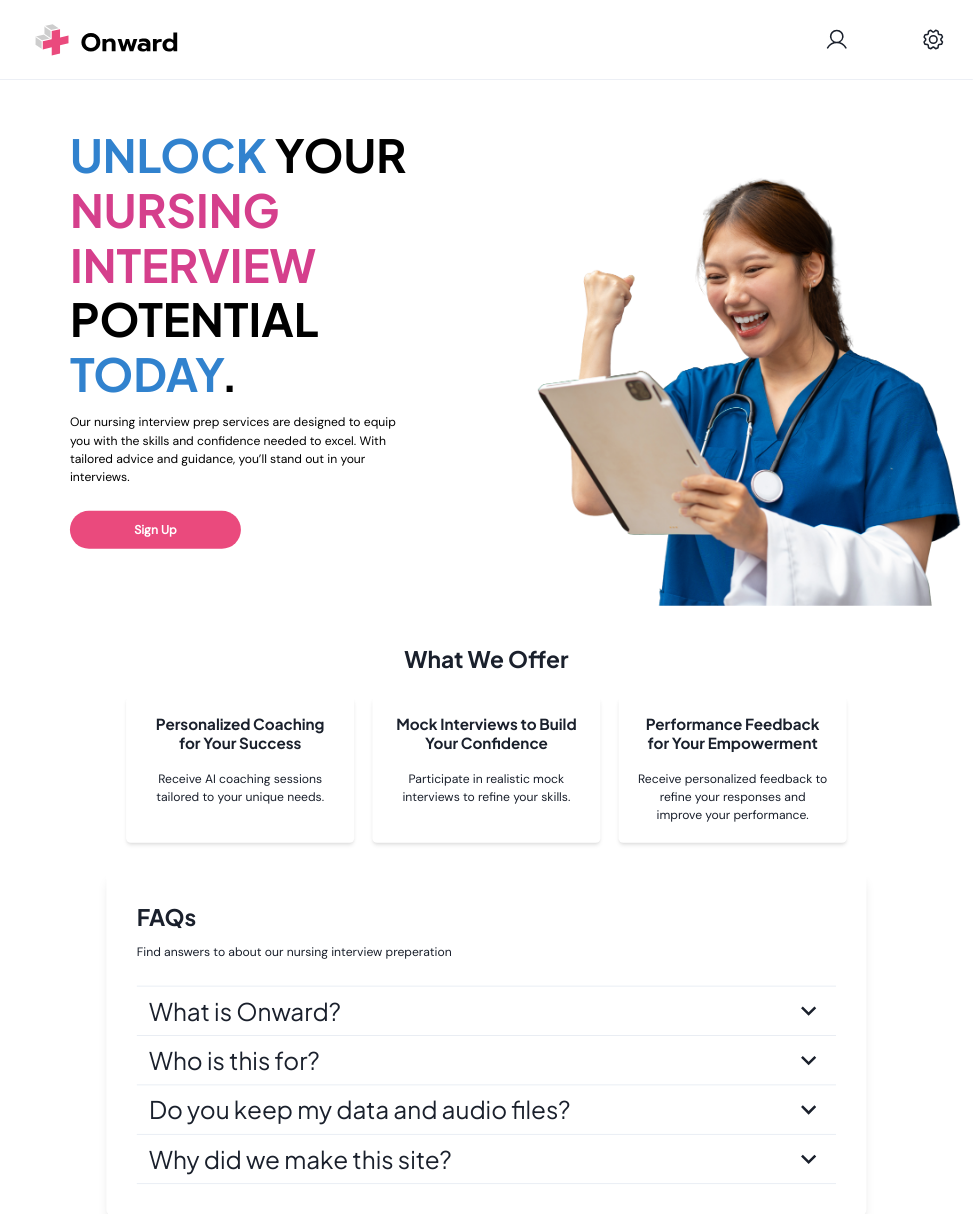
Repository: Aladdin3r/onward
Page: /landing-page
These files come from the project's save history. The page is drawn as it stood at one moment and after the next save; the edit follows.
The browser window is 1280 px wide. The pictures show the whole page, at 76% of full size.
The project was rebuilt for these pictures with package versions that can differ from the ones it lists, and the page was loaded fresh each time. The framework's server and built-in components were replaced by stand-ins that run in the browser. Also part of the build but not shown: next.config.mjs, styles/components/AppTopNav.js, styles/components/Layout.js.

Above is the page before, as saved 2024-10-29 02:41:20.

### pages/_app.js
import { ChakraProvider } from "@chakra-ui/react";
import theme from "@/styles/theme";

function MyApp({ Component, pageProps }) {
  return (
    <ChakraProvider theme={theme}>
      <Component {...pageProps} />
    </ChakraProvider>
  );
}

export default MyApp;

### pages/_document.js
import { Html, Head, Main, NextScript } from "next/document";

export default function Document() {
  return (
    <Html lang="en">
      <Head>
        <link
          href="https://fonts.googleapis.com/css2?family=DM+Sans:wght@400&family=Plus+Jakarta+Sans:wght@400;600;700&display=swap"
          rel="stylesheet"
        />
      </Head>
      <body>
        <Main />
        <NextScript />
      </body>
    </Html>
  );
}

### pages/landing-page.js
import {
    Box,
    Flex,
    Heading,
    Text,
    Stack,
    Button,
    Accordion,
    AccordionItem,
    AccordionButton,
    AccordionPanel,
    AccordionIcon,
    Image
} from "@chakra-ui/react";
import Layout from "@/styles/components/Layout";
import TopNav from "@/styles/components/TopNav";
import AppTopNav from "@/styles/components/AppTopNav";
import { useRouter } from 'next/router';

export default function Home() {
    const router = useRouter();

    // Button action function
    const handleSignUp = () => {
        router.push('/signup'); // Navigate to the sign-up page
    };

    return (
        <>
            {/* Hero Section */}
            <TopNav />

                <Flex //hero card
                    p={3}
                    width="100%"
                    mb={0}
                    flexDirection="row"
                    alignItems="center"
                    justifyContent="space-between"
                    gap="2rem"  // Adds a gap between text and image
                >

                    <Flex //left text
                        flexDirection="column" zIndex={1}
                        ml="20"
                    >
                        <Heading
                            fontFamily="heading"
                            fontSize="6xl"
                            fontWeight="bold"
                            width="88%"
                            mb={4}
                        >
                            <Text as="span" color="blue.500">UNLOCK </Text>
                            <Text as="span" color="black">YOUR </Text>
                            <Text as="span" color="pink.500">NURSING INTERVIEW </Text>
                            <Text as="span" color="black">POTENTIAL </Text>
                            <Text as="span" color="blue.500">TODAY</Text>
                            <Text as="span" color="black">. </Text>
                        </Heading>
                        <Text fontFamily="body" fontSize="x" color="black" mb={6} width="78%">
                            Our nursing interview prep services are designed to equip you with the skills and confidence needed to excel. With tailored advice and guidance, you’ll stand out in your interviews.
                        </Text>
                        <Button
                            mt="2"
                            bg="#EA4A7D"
                            color="#FFFFFF"
                            width="50%"
                            height="50px"
                            maxW="225px"
                            fontWeight="semibold"
                            fontSize="16px"
                            borderRadius="full"
                            px="6"
                            mb="6"
                        >
                            Sign Up
                        </Button>
                    </Flex>

                    <Box width="45%" flexShrink={0}>
                        <Image
                            src="/images/ipad-nurse.png"
                            alt="IPad Nurse"
                            width="100%"
                            height="auto"
                            objectFit="cover"


                        />
                    </Box>

                </Flex>



            {/* What We Offer Section */}
            <Box p={10} textAlign="center" >
                <Heading fontFamily="heading" fontSize="3xl" mb={8}>What We Offer</Heading>
                <Flex justify="center" gap={6}>
                    <Stack width="300px" borderRadius="md" boxShadow="md" p={6} textAlign="center">

                        <Heading fontFamily="heading" fontSize="xl" mb={4}>Personalized Coaching for Your Success</Heading>
                        <Text fontFamily="body">
                            Receive AI coaching sessions tailored to your unique needs.
                        </Text>
                    </Stack>
                    <Stack width="300px" borderRadius="md" boxShadow="md" p={6} textAlign="center">
                        <Heading fontFamily="heading" fontSize="xl" mb={4}>Mock Interviews to Build Your Confidence</Heading>
                        <Text fontFamily="body">
                            Participate in realistic mock interviews to refine your skills.
                        </Text>
                    </Stack>
                    <Stack width="300px" borderRadius="md" boxShadow="md" p={6} textAlign="center">
                        <Heading fontFamily="heading" fontSize="xl" mb={4}>Performance Feedback for Your Empowerment</Heading>
                        <Text fontFamily="body">
                            Receive personalized feedback to refine your responses and improve your performance.
                        </Text>
                    </Stack>
                </Flex>
            </Box>

            {/* FAQ Section */}
            <Box p={10} borderRadius="md" boxShadow="lg" maxW="1000px" mx="auto">
                <Heading fontFamily="heading" fontSize="3xl" textAlign="left" mb={4}>FAQs</Heading>
                <Text fontFamily="body" fontSize="s" textAlign="left" mb={8}>
                    Find answers to about our nursing interview preperation
                </Text>
                <Accordion allowToggle>
                    <AccordionItem>
                        <h2>
                            <AccordionButton>
                                <Box as="span" flex="1" textAlign="left" fontFamily="heading">What is Onward?</Box>
                                <AccordionIcon />
                            </AccordionButton>
                        </h2>
                        <AccordionPanel pb={4} fontFamily="body">
                            Onward is an AI-powered personal interview coach designed for nurses to enhance their job interview skills.
                        </AccordionPanel>
                    </AccordionItem>
                    <AccordionItem>
                        <h2>
                            <AccordionButton>
                                <Box as="span" flex="1" textAlign="left" fontFamily="heading">Who is this for?</Box>
                                <AccordionIcon />
                            </AccordionButton>
                        </h2>
                        <AccordionPanel pb={4} fontFamily="body">
                            This service is designed for nurses, especially those new to the Canadian healthcare system.
                        </AccordionPanel>
                    </AccordionItem>
                    <AccordionItem>
                        <h2>
                            <AccordionButton>
                                <Box as="span" flex="1" textAlign="left" fontFamily="heading">Do you keep my data and audio files?</Box>
                                <AccordionIcon />
                            </AccordionButton>
                        </h2>
                        <AccordionPanel pb={4} fontFamily="body">
                            Yes, we securely store data as per our privacy policy to enhance your interview coaching experience.
                        </AccordionPanel>
                    </AccordionItem>
                    <AccordionItem>
                        <h2>
                            <AccordionButton>
                                <Box as="span" flex="1" textAlign="left" fontFamily="heading">Why did we make this site?</Box>
                                <AccordionIcon />
                            </AccordionButton>
                        </h2>
                        <AccordionPanel pb={4} fontFamily="body">
                            Onward aims to empower nurses by providing interview preparation tools tailored to their needs.
                        </AccordionPanel>
                    </AccordionItem>
                </Accordion>
            </Box>
        </>
    );
}

### styles/theme.js
import { extendTheme } from "@chakra-ui/react";
import { theme as chakraTheme } from "@chakra-ui/react";
import Button from './components/Button';
import { Stepper } from "@chakra-ui/react";

const fonts = {
    ...chakraTheme.fonts,
    body: "DM Sans",
    heading: "Plus Jakarta Sans",
}

const overrides = {
    ...chakraTheme,
    fonts,
    components: {
        Button: {
            ...Button,
        },
    },
    fontWeights: {
        normal: 400,
        medium: 500,
        bold: 700,
    },
    fontSizes: {
        xxs: "14pt",
        xs: "16pt",
        sm: "20pt",
        md: "24pt",
        lg: "32pt",
    },
    colors: {
       brand: {
        blushPink: "#EA4A7D",
        pastelBlue: "#CBD5FF",
        blueberryCreme: "#EBEFFF",
        frostWhite: "#FAFAFA",
        nightBlack: "#1f1f1f",
        platinum: "#e2e2e2",
        confirmationGreen: "#61CD3D",
        imperialRed: "EA4A4D",
        canaryYellow: "#EAE84A",
        oceanBlue: "#214DDF",
        pureWhite: "#FFFFFF"
        }
    },
    styles: {
        global: {
            body: {
                bg: "frostWhite",
            },
        },
    },
}

const customTheme = extendTheme(overrides);

export default customTheme;

### styles/components/TopNav.js
'use client'
import {
    Box,
    Flex,
    useColorModeValue,
    IconButton,
    Image,
    Link,
} from "@chakra-ui/react";
import { User, Gear } from "@phosphor-icons/react";

export default function TopNav() {
    const bgColor = useColorModeValue('#fff', 'brand.nightBlack');

    return (
        <Box bg={bgColor} px={4} borderBottom="1px solid #E6EAF2">
            <Flex h={"104px"} alignItems={'center'} justifyContent={'space-between'}>
                <Box fontSize={{ base: 'md', md: 'lg' }}>
                    <Link href="/">
                        <Image src="logo.svg" boxSize="253px" alt="Onward Logo" style={{ padding: "30px" }} />
                    </Link>
                </Box>
                <Flex alignItems={'center'}>
                    <Link href="/user">
                        <IconButton
                            aria-label="User settings"
                            icon={<User />}
                            variant="ghost"
                            mr="55px"
                        />
                    </Link>
                    <Link href="/settings">
                        <IconButton
                            aria-label="Settings"
                            icon={<Gear />}
                            variant="ghost"
                        />
                    </Link>
                </Flex>
            </Flex>
        </Box>
    );
}

### styles/components/Button.js
const Button = {
    baseStyle: {
      display: 'flex',
      borderRadius: '999px',
      fontFamily: 'DM Sans',
      _hover: {
        boxShadow: '0px 4px 4px 0px rgba(0, 0, 0, 0.45)',
      },
      padding: 3,
    },
    sizes: {
      xs: {
        fontSize: ['12pt', '14pt', '16pt'], // Responsive font sizes for xs
        px: [2, 3], // Responsive padding
      },
      sm: {
        fontSize: ['14pt', '16pt', '20pt'],
        px: [2, 4],
      },
      md: {
        fontSize: ['16pt', '20pt', '24pt'],
        px: [3, 5],
      },
      lg: {
        fontSize: ['20pt', '28pt', '32pt'],
        px: [4, 6],
      },
    },
    variants: {
      lgPrimary: {
        bg: 'brand.blushPink',
        color: 'brand.frostWhite',
        width: ['100%', '325px'], // 100% width on smaller screens
        height: '72px',
        fontSize: ['20pt', '28pt', '32pt'], // Responsive font size
        borderRadius: '999px',
      },
      mdPrimary: {
        bg: 'brand.blushPink',
        color: 'brand.frostWhite',
        width: ['100%', '225px'],
        height: '72px',
        fontSize: ['16pt', '20pt', '24pt'],
        borderRadius: '999px',
      },
      smPrimary: {
        bg: 'brand.blushPink',
        color: 'brand.frostWhite',
        width: ['100%', '150px'],
        height: '64px',
        fontSize: ['14pt', '16pt', '20pt'],
        borderRadius: '999px',
      },
      xsPrimary: {
        bg: 'brand.blushPink',
        color: 'brand.frostWhite',
        width: ['100%', '117px'],
        height: '32px',
        fontSize: ['12pt', '14pt', '18pt'],
        borderRadius: '999px',
      },
      lgSecondary: {
        bg: 'brand.platinum',
        color: 'brand.nightBlack',
        width: ['100%', '325px'],
        height: '72px',
        fontSize: ['20pt', '28pt', '32pt'],
        borderRadius: '999px',
        _hover: {
          bg: 'brand.blushPink',
          color: 'brand.frostWhite',
          boxShadow: '0px 4px 4px 0px rgba(0, 0, 0, 0.45)',
        },
      },
      mdSecondary: {
        bg: 'brand.platinum',
        color: 'brand.nightBlack',
        width: ['100%', '225px'],
        height: '72px',
        fontSize: ['16pt', '20pt', '24pt'],
        borderRadius: '999px',
        _hover: {
          bg: 'brand.blushPink',
          color: 'brand.frostWhite',
          boxShadow: '0px 4px 4px 0px rgba(0, 0, 0, 0.45)',
        },
      },
      smSecondary: {
        bg: 'brand.platinum',
        color: 'brand.nightBlack',
        width: ['100%', '150px'],
        height: '64px',
        fontSize: ['14pt', '16pt', '20pt'],
        borderRadius: '999px',
        _hover: {
          bg: 'brand.blushPink',
          color: 'brand.frostWhite',
          boxShadow: '0px 4px 4px 0px rgba(0, 0, 0, 0.45)',
        },
      },
      xsSecondary: {
        bg: 'brand.platinum',
        color: 'brand.nightBlack',
        width: ['100%', '117px'],
        height: '32px',
        fontSize: ['12pt', '14pt', '18pt'],
        borderRadius: '999px',
        _hover: {
          bg: 'brand.blushPink',
          color: 'brand.frostWhite',
          boxShadow: '0px 4px 4px 0px rgba(0, 0, 0, 0.45)',
        },
      },
    },
  };

  export default Button;

### styles/components/SideNav.js
import { useState } from "react";
import PropTypes from "prop-types";
import Link from "next/link";
import { Box, Flex, Text, VStack, Image } from "@chakra-ui/react";
import { ChalkboardTeacher, ClockCounterClockwise, UserSound, Presentation, User, Gear } from "@phosphor-icons/react";

// Define each variant and associated icon, label, and path(s)
const variants = {
  default: {
    label: "Dashboard",
    icon: <UserSound size={32} />,
    path: "/"
  },
  variant2: {
    label: "Mock Interview",
    icon: <ChalkboardTeacher size={32} />,
    path: "/mock-interview"
  },
  variant3: {
    label: "Practice Interview",
    icon: <Presentation size={32} />,
    path: [
      "/practice-interview",
      "/practice-interview-filter",
      "/practice-interview-questions",
      "/practice-interview-answer",
      "/practice"
    ]
  },
  variant4: {
    label: "History",
    icon: <ClockCounterClockwise size={32} />,
    path: "/history"
  },
};

// Define the bottom section items with default values
const defaultBottomVariants = {
  account: {
    label: "Account",
    icon: <User size={18} />,
    path: "/account"
  },
  settings: {
    label: "Settings",
    icon: <Gear size={18} />,
    path: "/settings"
  },
  signOut: {
    label: "Sign Out",
    icon: null,
    path: "/"
  }
};

// Main SideNavBar component
export const SideNavBar = ({ activeVariant, bottomVariants = defaultBottomVariants }) => {
  return (
    <Flex
      bg="brand.blueberryCreme"
      height="100vh"
      width="280px"
      position="fixed"
      flexDir="column"
    >
      {/* logo box */}
      <Box fontSize={{ base: 'sm', md: 'md' }} mt="1rem">
        <Link href="/">
          <Image src="logo.svg" alt="Onward Logo" style={{ padding: "0.6rem" }} width="100%" />
        </Link>
      </Box>

      {/* nav menu */}
      <Box mt="1.5rem" overflow="hidden">
        <VStack align="flex-start" spacing={2} width="100%" ml="10%">
          {variants && Object.keys(variants).map((variant) => {
            const isActive = activeVariant === variant;
            return (
              <Link href={Array.isArray(variants[variant].path) ? variants[variant].path[0] : variants[variant].path} key={variant} passHref>
                <Flex
                  align="center"
                  cursor="pointer"
                  width="280px"
                  bg={isActive ? "brand.blushPink" : "none"} // Active background
                  color={isActive ? "brand.frostWhite" : "initial"} // Active text color
                  p={3}
                  borderLeftRadius="26px"
                  transition="transform 0.5s ease-in-out, background-color 0.4s, color 0.4s"
                  _hover={{
                    bg: "brand.blushPink",
                    color: "brand.frostWhite",
                    borderRadius: "26px 0 0 26px",
                    transition: "background-color 0.3s, transform 0.3s",
                  }}
                >
                  <Box pl={isActive ? "5rem" : 0} mr={4}>
                    {variants[variant].icon}
                  </Box>
                  <Text fontFamily="body" fontSize="18px" fontWeight="bold">
                    {variants[variant].label}
                  </Text>
                </Flex>
              </Link>
            );
          })}
        </VStack>
      </Box>

      {/* Bottom Section for Account, Settings, and Sign Out Links */}
      <Box mb={2} mt="13rem" width="100%">
        <VStack width="100%" align="flex-end">
          {bottomVariants && Object.keys(bottomVariants).map((variant) => {
            const isActive = activeVariant === variant;
            return (
              <Link
                href={bottomVariants[variant].path}
                key={variant}
                passHref
              >
                <Flex
                  align="center"
                  cursor="pointer"
                  width="100%"
                  height="1.3rem"
                  bg={isActive ? "brand.blushPink" : "none"} // Active background
                  color={isActive ? "brand.frostWhite" : "initial"} // Active text color
                  borderRadius="md"
                  pr="1.5rem"
                  transition="transform 0.3s ease-in-out, background-color 0.3s, color 0.3s"
                  _hover={{
                    color: "brand.blushPink",
                    borderRadius: "26px 0 0 26px",
                    transition: "background-color 0.3s, transform 0.3s",
                  }}
                >

                  <Box mr={3}>
                    {bottomVariants[variant].icon}
                  </Box>
                  <Text fontFamily="body" fontSize="18px" fontWeight="regular" textAlign="left"
                    textDecoration={variant === 'signOut' ? 'underline' : 'none'}
                  >
                    {bottomVariants[variant].label}
                  </Text>
                </Flex>
              </Link>
            );
          })}
        </VStack>
      </Box>
    </Flex>
  );
};

SideNavBar.propTypes = {
  activeVariant: PropTypes.oneOf(["variant4", "variant2", "variant3", "default"]),
  bottomVariants: PropTypes.object, // Define bottomVariants as an optional object
};

SideNavBar.defaultProps = {
  bottomVariants: {},
};

After the next save:
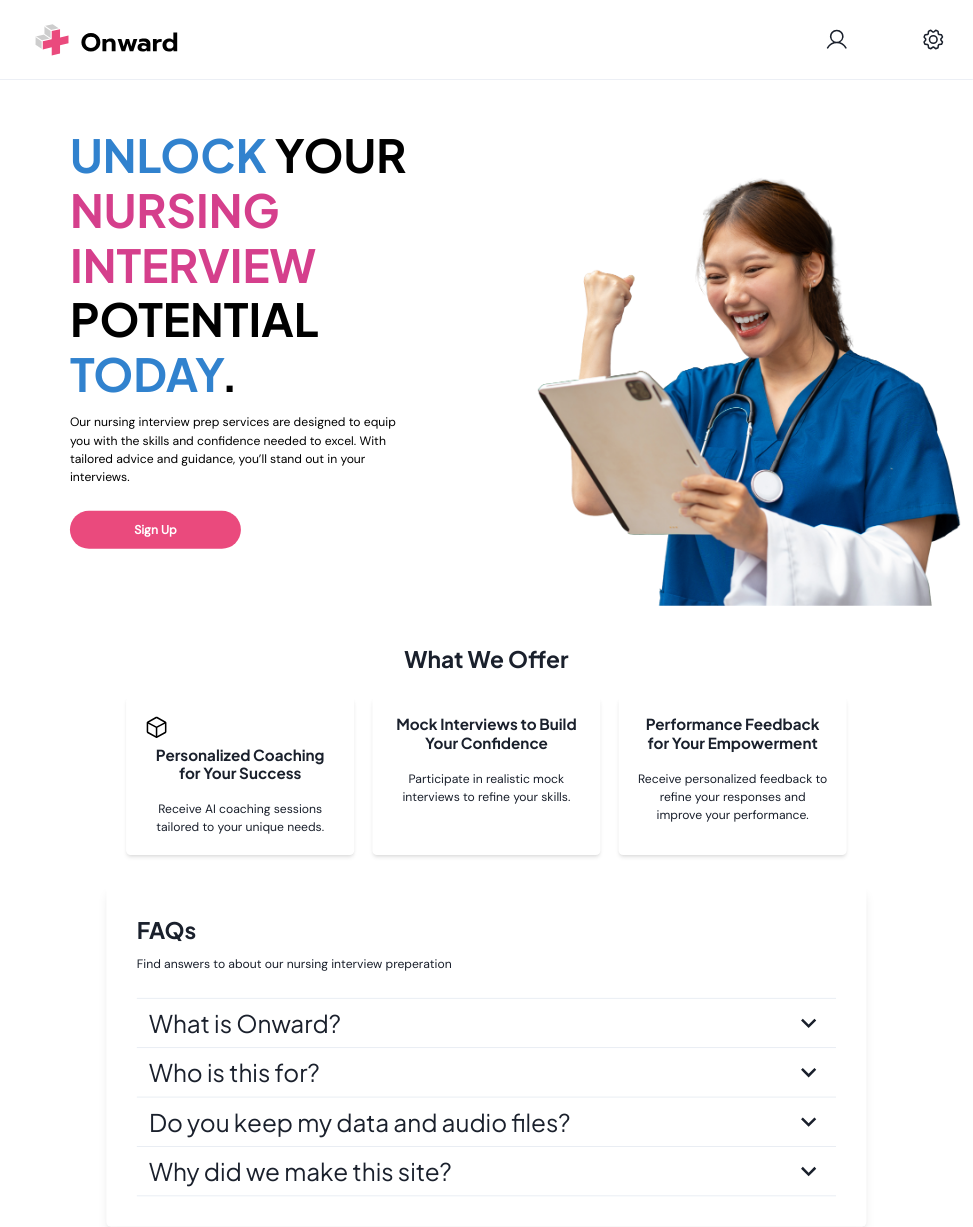
Saved 78 s later.
--- a/pages/landing-page.js
+++ b/pages/landing-page.js
@@ -99,6 +99,7 @@ export default function Home() {
                 <Heading fontFamily="heading" fontSize="3xl" mb={8}>What We Offer</Heading>
                 <Flex justify="center" gap={6}>
                     <Stack width="300px" borderRadius="md" boxShadow="md" p={6} textAlign="center">
+                    <svg xmlns="http://www.w3.org/2000/svg" width="32" height="32" fill="#000000" viewBox="0 0 256 256"><path d="M223.68,66.15,135.68,18h0a15.88,15.88,0,0,0-15.36,0l-88,48.17a16,16,0,0,0-8.32,14v95.64a16,16,0,0,0,8.32,14l88,48.17a15.88,15.88,0,0,0,15.36,0l88-48.17a16,16,0,0,0,8.32-14V80.18A16,16,0,0,0,223.68,66.15ZM128,32h0l80.34,44L128,120,47.66,76ZM40,90l80,43.78v85.79L40,175.82Zm96,129.57V133.82L216,90v85.78Z"></path></svg>
 
                         <Heading fontFamily="heading" fontSize="xl" mb={4}>Personalized Coaching for Your Success</Heading>
                         <Text fontFamily="body">
